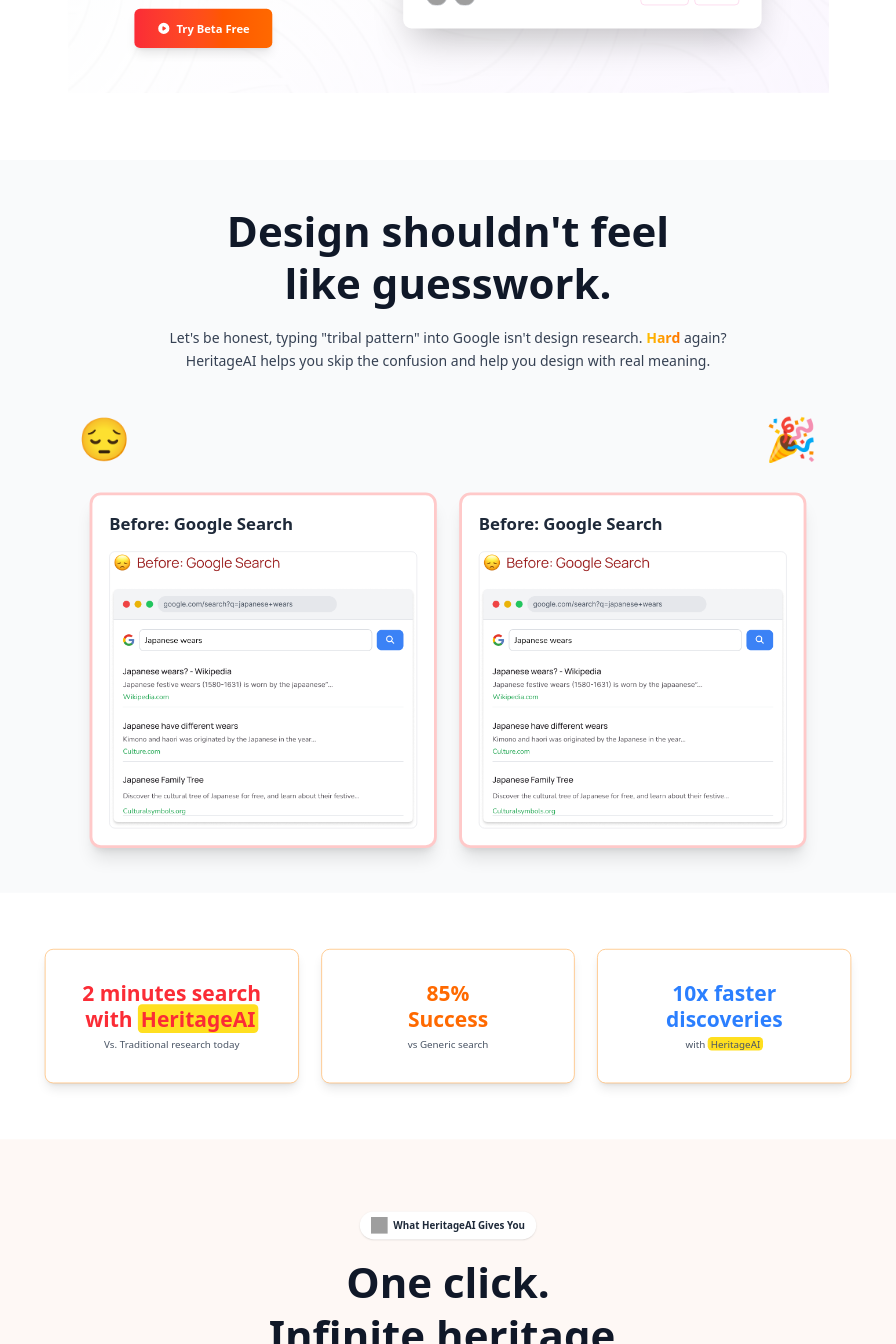
Repository: Em-driod/Heritage
Page: /
These files come from the project's save history. The page is drawn as it stood at one moment and after the next save; the edit follows.
The browser window is 1280 px wide. The pictures show the part of the page from y = 752 to 2672 px (the page is 5751 px tall), at 70% of full size.
Pictures or frames that could not be fetched are drawn as grey boxes. The project was rebuilt for these pictures with package versions that can differ from the ones it lists, and the page was loaded fresh each time. Also part of the build but not shown: vite.config.ts.

Above is the page before, as saved 2025-07-08 17:42:22.

### src/App.tsx
// src/App.tsx
import React from 'react';
import { BrowserRouter as Router, Route, Routes } from 'react-router-dom';
import Home from './pages/home';



const App: React.FC = () => {
  return (
    <Router>
      <div>


        <Routes>
          <Route path="/" element={<Home />} />


        </Routes>
      </div>
    </Router>
  );
};

export default App;

### src/pages/home.tsx
import Hero from "../components/Hero"
import Landsecont from "../components/landsecont"
import Landthird from "../components/landthird"
import Landfourth from "../components/landfourth"
import Landfifth from "../components/landfifth"

const Home = () => {
  return (
    <div>
      <Hero />
      <Landsecont />
      <Landthird />
     <Landfourth />
     <Landfifth />
    </div>
  )
}

export default Home

### src/components/Hero.tsx
import React, { useState, useEffect } from 'react';

// Define the type for an asset, which is good practice in TypeScript
interface Asset {
  src: string;
  label: string;
}

const Hero: React.FC = () => {
  const [selectedCulture, setSelectedCulture] = useState<string>('Yoruba'); // Default to Yoruba
  const [isLoading, setIsLoading] = useState<boolean>(false);
  const [generatedAssets, setGeneratedAssets] = useState<Asset[]>([]); // State to hold generated assets
  const [showAmalaSpecificLoading, setShowAmalaSpecificLoading] = useState<boolean>(false); // New state for Amala specific loading

  // Function to simulate fetching assets based on culture
  const fetchGeneratedAssets = (cultureParam: string) => {
    setIsLoading(true); // Set general loading to true when fetching starts

    // Reset Amala specific loading if we're not loading Yoruba or if it's already visible
    // This helps ensure the Amala specific loader doesn't flash if you quickly switch back and forth
    // or if it was still active from a previous load.
    setShowAmalaSpecificLoading(false);


    // Simulate an API call or data loading delay
    setTimeout(() => {
      let assetsData: Asset[] = [];
      if (cultureParam === 'Yoruba') {
        assetsData = [
          { src: "/obatala.png", label: "Obatala" },
          { src: "/amala.png", label: "Amala" },
          { src: "/osun.png", label: "Oshun" },
        ];
      } else if (cultureParam === 'Igbo') {
        assetsData = [
          { src: "/path-to-igbo-asset1.jpg", label: "Odinani" },
          { src: "/path-to-igbo-asset2.jpg", label: "Agbogho Mmuo" },
          { src: "/path-to-igbo-asset3.jpg", label: "Igbo Ukwu" },
        ];
      } else if (cultureParam === 'Japanese') {
        assetsData = [
          { src: "/path-to-japanese-asset1.jpg", label: "Geisha" },
          { src: "/path-to-japanese-asset2.jpg", label: "Samurai" },
          { src: "/path-to-japanese-asset3.jpg", label: "Sakura" },
        ];
      }
      setGeneratedAssets(assetsData);
      setIsLoading(false); // Set general loading to false when fetching completes

      // Trigger Amala specific loading ONLY if Yoruba was selected AND it's the first time
      // or a subsequent load where we want this specific effect.
      if (cultureParam === 'Yoruba') {
        setShowAmalaSpecificLoading(true);
        setTimeout(() => {
          setShowAmalaSpecificLoading(false); // Make it disappear after 2 seconds
        }, 2000); // 2 seconds
      }

    }, 1500); // Simulate 1.5 second general loading time
  };

  // Effect to fetch assets when the component mounts or selectedCulture changes
  useEffect(() => {
    fetchGeneratedAssets(selectedCulture);
  }, [selectedCulture]);

  const handleCultureSelect = (cultureName: string) => {
    setSelectedCulture(cultureName);
  };

  // Skeleton Loader for Generated Assets (general purpose)
  const SkeletonLoader: React.FC = () => (
    <div className="space-y-4">
      {[1, 2, 3].map((_, index) => (
        <div key={index} className="flex items-center justify-between animate-pulse">
          <div className="flex items-center space-x-3">
            <div className="w-12 h-12 rounded-lg bg-gray-200"></div>
            <div className="h-4 bg-gray-200 rounded w-24"></div>
          </div>
          <div className="flex space-x-2">
            <div className="h-8 bg-gray-200 rounded w-16"></div>
            <div className="h-8 bg-gray-200 rounded w-16"></div>
          </div>
        </div>
      ))}
    </div>
  );

  // Specific Amala Loading Component - now with an image!
const AmalaSpecificLoader: React.FC = () => (
  <div className="flex flex-col items-start justify-center bg-gray-50 p-4 rounded-lg border border-gray-200 text-sm text-gray-800 space-y-2">
    <p><span className="font-semibold text-red-500">Symbol:</span> Symbolic of earthiness, heritage, and resilience.</p>
    <p><span className="font-semibold text-red-500">Color:</span> Dark Brown/Charcoal</p>
    <p><span className="font-semibold text-red-500">Made From:</span> Elubo (yam flour), sometimes cassava flour or plantain flour.</p>
    <p><span className="font-semibold text-red-500">Regions Known For It:</span> Deeply rooted in Oyo, Osun, Ibadan. Especially beloved in Ibadan, where people.</p>
    <p><span className="font-semibold text-red-500">Enjoyed With:</span> Typically served with ewedu, gbegiri, and obe ata.</p>
    <p className="italic text-gray-600">Sometimes called the “Yoruba national combo.”</p>
  </div>
);



  return (
    <div className="p-4 sm:p-8 md:p-12 lg:p-24">
      <div
        className="relative flex justify-center items-center min-h-screen text-center px-4 sm:px-8 md:px-16 lg:px-24 py-16"
        style={{
          backgroundImage: "url('/hero.png')",
          backgroundSize: "cover",
          backgroundPosition: "center",
          backgroundRepeat: "no-repeat",
        }}
      >
        {/* Optional overlay to add a subtle tint over the background */}
        <div className="absolute inset-0 bg-gradient-to-br from-gray-50 via-white to-purple-50 opacity-80 z-0" />

        {/* Main content wrapper */}
        <div className="relative z-10 container mx-auto flex flex-col lg:flex-row items-center lg:items-start justify-center gap-8 lg:gap-12 max-w-7xl">
          {/* Left Section: Text and Button */}
          <div className="flex flex-col items-center lg:items-start text-center lg:text-left max-w-full lg:max-w-xl px-4 sm:px-0">
            <h1 className="text-5xl md:text-6xl lg:text-7xl font-bold leading-tight text-gray-900 mb-4">
              Ancient Stories.
              <br />Modern Design.
            </h1>
            <p className="text-5xl md:text-6xl lg:text-7xl font-serif italic text-gray-900 mb-8">
              Instantly.
            </p>
            <p className="text-base sm:text-lg text-gray-700 mb-10 max-w-md">
              Bring ancient patterns, bold colors, and deep meaning into every pixel automatically.
            </p>
            <button className="flex items-center px-6 py-3 sm:px-8 sm:py-4 bg-gradient-to-r from-red-500 to-orange-500 text-white font-semibold rounded-lg shadow-lg hover:shadow-xl transition duration-300 transform hover:scale-105">
              <svg className="w-5 h-5 mr-2" fill="currentColor" viewBox="0 0 20 20">
                <path fillRule="evenodd" d="M10 18a8 8 0 100-16 8 8 0 000 16zM9.555 7.168A1 1 0 008 8v4a1 1 0 001.555.832l3-2a1 1 0 000-1.664l-3-2z" clipRule="evenodd" />
              </svg>
              Try Beta Free
            </button>
          </div>

          {/* Right Section: White Card with UI Elements */}
          <div className="bg-white rounded-xl shadow-2xl p-6 sm:p-8 w-full max-w-md lg:max-w-lg mt-8 lg:mt-0">
            <h2 className="text-lg sm:text-xl font-semibold text-gray-800 mb-6">Select Culture</h2>
            <div className="grid grid-cols-2 sm:grid-cols-3 gap-3 mb-8">
              {/* Yoruba Culture Button with Image */}
              <button
                className={`relative flex items-center justify-center p-3 rounded-md text-sm font-medium text-white h-20 overflow-hidden ${selectedCulture === 'Yoruba' ? 'ring-2 ring-purple-500 ring-offset-2' : ''}`}
                onClick={() => handleCultureSelect('Yoruba')}
              >
                <img src="/yoruba.png" alt="Yoruba Culture" className="absolute inset-0 w-full h-full object-cover" />
                <div className="absolute inset-0  bg-opacity-40 flex items-center justify-center">
                  {/* Yoruba */}
                </div>
              </button>

              {/* Igbo Culture Button with Image */}
              <button
                className={`relative flex items-center justify-center p-3 rounded-md text-sm font-medium text-white h-20 overflow-hidden ${selectedCulture === 'Igbo' ? 'ring-2 ring-purple-500 ring-offset-2' : ''}`}
                onClick={() => handleCultureSelect('Igbo')}
              >
                <img src="/igbo.png" alt="Igbo Culture" className="absolute inset-0 w-full h-full object-cover" />
                <div className="absolute inset-0 bg-opacity-40 flex items-center justify-center">
                  {/* Igbo */}
                </div>
              </button>

              {/* Japanese Culture Button with Image */}
              <button
                className={`relative flex items-center justify-center p-3 rounded-md text-sm font-medium text-white h-20 overflow-hidden ${selectedCulture === 'Japanese' ? 'ring-2 ring-purple-500 ring-offset-2' : ''}`}
                onClick={() => handleCultureSelect('Japanese')}
              >
                <img src="/japan.png" alt="Japanese Culture" className="absolute inset-0 w-full h-full object-cover" />
                <div className="absolute inset-0 bg-opacity-40 flex items-center justify-center">
                  {/* Japanese */}
                </div>
              </button>
            </div>

            <div className="flex flex-col items-center mb-6">
              <svg className="w-6 h-6 text-purple-600 mb-2" fill="none" stroke="currentColor" viewBox="0 0 24 24">
                <path strokeLinecap="round" strokeLinejoin="round" strokeWidth="2" d="M19 14l-7 7m0 0l-7-7m7 7V3" />
              </svg>
              <span className="bg-yellow-200 text-yellow-800 text-xs font-semibold px-2.5 py-0.5 rounded-full">Her</span>
            </div>

            <h2 className="text-lg sm:text-xl font-semibold text-gray-800 mb-4">Generated Assets</h2>
            {/* The general skeleton loader still appears first */}
            {isLoading ? (
                 <SkeletonLoader />
            ) : (
              <div className="space-y-4 mb-8">
                {generatedAssets.map((asset) => ( // Changed from { src, label } to asset for clarity
                  <React.Fragment key={asset.label}> {/* Using asset.label for key */}
                    <div className="flex items-center justify-between">
                      <div className="flex items-center space-x-3">
                        <img src={asset.src} alt={asset.label} className="w-12 h-12 rounded-lg object-cover" />
                        <span className="text-gray-800 font-medium">{asset.label}</span>
                      </div>
                      <div className="flex flex-col sm:flex-row space-y-2 sm:space-y-0 sm:space-x-2 text-sm">
                        <button className="px-3 py-1 border border-pink-200 text-pink-600 rounded-md hover:bg-pink-50">Export</button>
                        <button className="px-3 py-1 border border-pink-200 text-pink-600 rounded-md hover:bg-pink-50">Share</button>
                      </div>
                    </div>
                    {/* Insert Amala specific loading image here */}
                    {asset.label === 'Amala' && selectedCulture === 'Yoruba' && showAmalaSpecificLoading && (
                      <AmalaSpecificLoader />
                    )}
                  </React.Fragment>
                ))}
              </div>
            )}

            <h2 className="text-lg sm:text-xl font-semibold text-gray-800 mb-4">Color Palette</h2>
            <div className="flex flex-col sm:flex-row items-center justify-between space-y-4 sm:space-y-0">
              <div className="flex space-x-2">
                <button
                  className="w-8 h-8 rounded-full border border-gray-300 bg-cover bg-center"
                  style={{ backgroundImage: "url('/path-to-yellow-palette-image.png')" }}
                  aria-label="Yellow Color Palette"
                ></button>
                <button
                  className="w-8 h-8 rounded-full border border-gray-300 bg-cover bg-center"
                  style={{ backgroundImage: "url('/path-to-dark-palette-image.png')" }}
                  aria-label="Dark Gray Color Palette"
                ></button>
              </div>
              <div className="flex space-x-2 text-sm">
                <button className="px-3 py-1 border border-pink-200 text-pink-600 rounded-md hover:bg-pink-50">Export</button>
                <button className="px-3 py-1 border border-pink-200 text-pink-600 rounded-md hover:bg-pink-50">Share</button>
              </div>
            </div>
          </div>
        </div>
      </div>
    </div>
  );
};

export default Hero;

### src/components/landsecont.tsx
const Landsecont = () => {
  return (
    <div className="flex flex-col items-center justify-center min-h-screen bg-gray-50 py-16 px-4 sm:px-6 lg:px-8">
      {/* Top Section: Main Heading and Subheading */}
      <div className="text-center mb-16 max-w-4xl mx-auto">
        <h1 className="text-4xl sm:text-5xl lg:text-6xl font-bold text-gray-900 leading-tight">
          Design shouldn't feel
          <br />
          like guesswork.
        </h1>
        <p className="mt-6 text-lg sm:text-xl text-gray-700 leading-relaxed">
          Let's be honest, typing "tribal pattern" into Google
          isn't design research.
          <span className="font-bold bg-gradient-to-r from-yellow-400 to-orange-500 text-transparent bg-clip-text"> Hard </span>
          again? HeritageAI helps you skip the
          confusion and help you design with real meaning.
        </p>
      </div>

      {/* Middle Section: Emojis */}
      <div className="flex justify-between w-full max-w-5xl px-8 mb-12">
        <span role="img" aria-label="sad face" className="text-6xl -translate-x-12">
          😔
        </span>
        <span role="img" aria-label="party popper" className="text-6xl translate-x-12">
          🎉
        </span>
      </div>

      {/* Bottom Section: Before & After Cards */}
      <div className="flex flex-col lg:flex-row justify-center items-stretch gap-8 w-full max-w-5xl">
        {/* Left Column: Before Google Search */}
        <div className="bg-white rounded-2xl shadow-xl flex-1 border-4 border-red-200 p-6 flex flex-col">
          <h2 className="text-2xl font-bold text-gray-800 mb-6 text-left">
            Before: Google Search
          </h2>
          <img
            src="/before.png"
            alt="Google Search Screenshot"
            className="rounded-lg border border-gray-200 w-full object-cover"
          />
        </div>

        {/* Right Column: After HeritageAI */}
            <div className="bg-white rounded-2xl shadow-xl flex-1 border-4 border-red-200 p-6 flex flex-col">
          <h2 className="text-2xl font-bold text-gray-800 mb-6 text-left">
            Before: Google Search
          </h2>
          <img
            src="/before.png"
            alt="Google Search Screenshot"
            className="rounded-lg border border-gray-200 w-full object-cover"
          />
        </div>
      </div>
    </div>
  );
};

export default Landsecont;

### src/components/landthird.tsx


const Landthird = () => {
  return (
    <div className="flex justify-center items-center py-20 px-4 sm:px-6 lg:px-8 bg-white">
      <div className="flex flex-col lg:flex-row items-center justify-center gap-8 w-full max-w-6xl">

        {/* Card 1: 2 minutes search */}
        <div className="flex-1 bg-white border border-orange-300 rounded-xl shadow-lg p-6 text-center h-48 flex flex-col justify-center transition-transform duration-300 hover:scale-105">
          <p className="text-3xl font-bold text-red-500 mb-2">
            2 minutes search
            <br />
            with <span className="bg-yellow-300 px-1 rounded-md">HeritageAI</span>
          </p>
          <p className="text-sm text-gray-600">
            Vs. Traditional research today
          </p>
        </div>

        {/* Card 2: 85% Success */}
        <div className="flex-1 bg-white border border-orange-300 rounded-xl shadow-lg p-6 text-center h-48 flex flex-col justify-center transition-transform duration-300 hover:scale-105">
          <p className="text-3xl font-bold text-orange-500 mb-2">
            85%
            <br />
            Success
          </p>
          <p className="text-sm text-gray-600">
            vs Generic search
          </p>
        </div>

        {/* Card 3: 10x faster discoveries */}
        <div className="flex-1 bg-white border border-orange-300 rounded-xl shadow-lg p-6 text-center h-48 flex flex-col justify-center transition-transform duration-300 hover:scale-105">
          <p className="text-3xl font-bold text-blue-500 mb-2">
            10x faster
            <br />
            discoveries
          </p>
          <p className="text-sm text-gray-600">
            with <span className="bg-yellow-300 px-1 rounded-md">HeritageAI</span>
          </p>
        </div>

      </div>
    </div>
  );
};

export default Landthird;

### src/components/landfourth.tsx


const Landfourth = () => {
  return (
    <div className="bg-[#fef8f5] min-h-screen flex flex-col items-center justify-center py-20 px-4 sm:px-6 lg:px-8">
      {/* Top Section: What HeritageAI Gives You */}
      <div className="text-center mb-16">
        <div className="inline-flex items-center bg-white rounded-full py-2 px-4 shadow-sm mb-6">
          <img
            src="/path-to-heritageai-icon.png" // Placeholder, replace with your actual icon path
            alt="HeritageAI Icon"
            className="w-6 h-6 mr-2"
          />
          <span className="text-sm font-semibold text-gray-800">What HeritageAI Gives You</span>
        </div>
        <h1 className="text-5xl sm:text-6xl font-bold text-gray-900 leading-tight">
          One click.
          <br />
          Infinite heritage.
        </h1>
      </div>

      {/* Cards Section */}
      <div className="grid grid-cols-1 md:grid-cols-2 lg:grid-cols-4 gap-8 max-w-6xl w-full">

        {/* Card 1: Design kits */}
        <div className="bg-white rounded-2xl shadow-lg p-6 flex flex-col items-start text-left">
          <img
            src="/path-to-design-kits-icon.png" // Placeholder, replace with your actual icon path
            alt="Design kits icon"
            className="w-12 h-12 mb-4"
          />
          <h3 className="text-xl font-semibold text-gray-900 mb-2">Design kits</h3>
          <p className="text-gray-600 text-sm mb-4">
            Ready to use palettes, icons
            <br />
            textures
          </p>
          <div className="flex space-x-2 mt-auto">
            <div className="w-8 h-8 rounded-full bg-pink-500 border-2 border-white shadow"></div>
            <div className="w-8 h-8 rounded-full bg-cyan-500 border-2 border-white shadow"></div>
            <div className="w-8 h-8 rounded-full bg-purple-500 border-2 border-white shadow"></div>
          </div>
        </div>

        {/* Card 2: Cultural Context */}
        <div className="bg-white rounded-2xl shadow-lg p-6 flex flex-col items-start text-left">
          <img
            src="/path-to-cultural-context-icon.png" // Placeholder, replace with your actual icon path
            alt="Cultural Context icon"
            className="w-12 h-12 mb-4"
          />
          <h3 className="text-xl font-semibold text-gray-900 mb-2">Cultural Context</h3>
          <p className="text-gray-600 text-sm mb-4">
            Every visual comes with a short
            <br />
            short or symbol meaning
          </p>
          <div className="flex items-center text-gray-700 font-medium mt-auto">
            <svg className="w-5 h-5 mr-2 text-gray-500" fill="currentColor" viewBox="0 0 20 20" xmlns="http://www.w3.org/2000/svg">
              <path fillRule="evenodd" d="M4 4a2 2 0 012-2h4.586A2 2 0 0112 2.414L14.586 5A2 2 0 0115 6.414V16a2 2 0 01-2 2H6a2 2 0 01-2-2V4zm2 6a1 1 0 011-1h6a1 1 0 110 2H7a1 1 0 01-1-1zm1 3a1 1 0 100 2h6a1 1 0 100-2H7z" clipRule="evenodd"></path>
            </svg>
            Rich storytelling
          </div>
        </div>

        {/* Card 3: Export Ready */}
        <div className="bg-white rounded-2xl shadow-lg p-6 flex flex-col items-start text-left">
          <img
            src="/path-to-export-ready-icon.png" // Placeholder, replace with your actual icon path
            alt="Export Ready icon"
            className="w-12 h-12 mb-4"
          />
          <h3 className="text-xl font-semibold text-gray-900 mb-2">Export Ready</h3>
          <p className="text-gray-600 text-sm mb-4">
            Use in Figma, Canva, Webflow,
            <br />
            or even download
          </p>
          <div className="flex space-x-2 mt-auto">
            <img src="/path-to-figma-icon.png" alt="Figma icon" className="w-8 h-8" /> {/* Placeholder */}
            <img src="/path-to-canva-icon.png" alt="Canva icon" className="w-8 h-8" /> {/* Placeholder */}
            <img src="/path-to-webflow-icon.png" alt="Webflow icon" className="w-8 h-8" /> {/* Placeholder */}
          </div>
        </div>

        {/* Card 4: More Than Visuals */}
        <div className="bg-white rounded-2xl shadow-lg p-6 flex flex-col items-start text-left">
          <img
            src="/path-to-more-than-visuals-icon.png" // Placeholder, replace with your actual icon path
            alt="More Than Visuals icon"
            className="w-12 h-12 mb-4"
          />
          <h3 className="text-xl font-semibold text-gray-900 mb-2">More Than Visuals</h3>
          <p className="text-gray-600 text-sm mb-4">
            Build brand identity rooted in
            <br />
            something real.
          </p>
          <div className="flex items-center text-gray-700 font-medium mt-auto">
            <svg className="w-5 h-5 mr-2 text-gray-500" fill="currentColor" viewBox="0 0 20 20" xmlns="http://www.w3.org/2000/svg">
              <path fillRule="evenodd" d="M10 18a8 8 0 100-16 8 8 0 000 16zm3.707-9.293a1 1 0 00-1.414-1.414L9 10.586 7.707 9.293a1 1 0 00-1.414 1.414l2 2a1 1 0 001.414 0l4-4z" clipRule="evenodd"></path>
            </svg>
            Authentic foundations
          </div>
        </div>

      </div>
    </div>
  );
};

export default Landfourth;

Loaded but not shown: index.html (common file); src/main.tsx (common file); src/index.css (common file); src/components/landfifth.tsx (203 lines, source omitted)

After the next save:
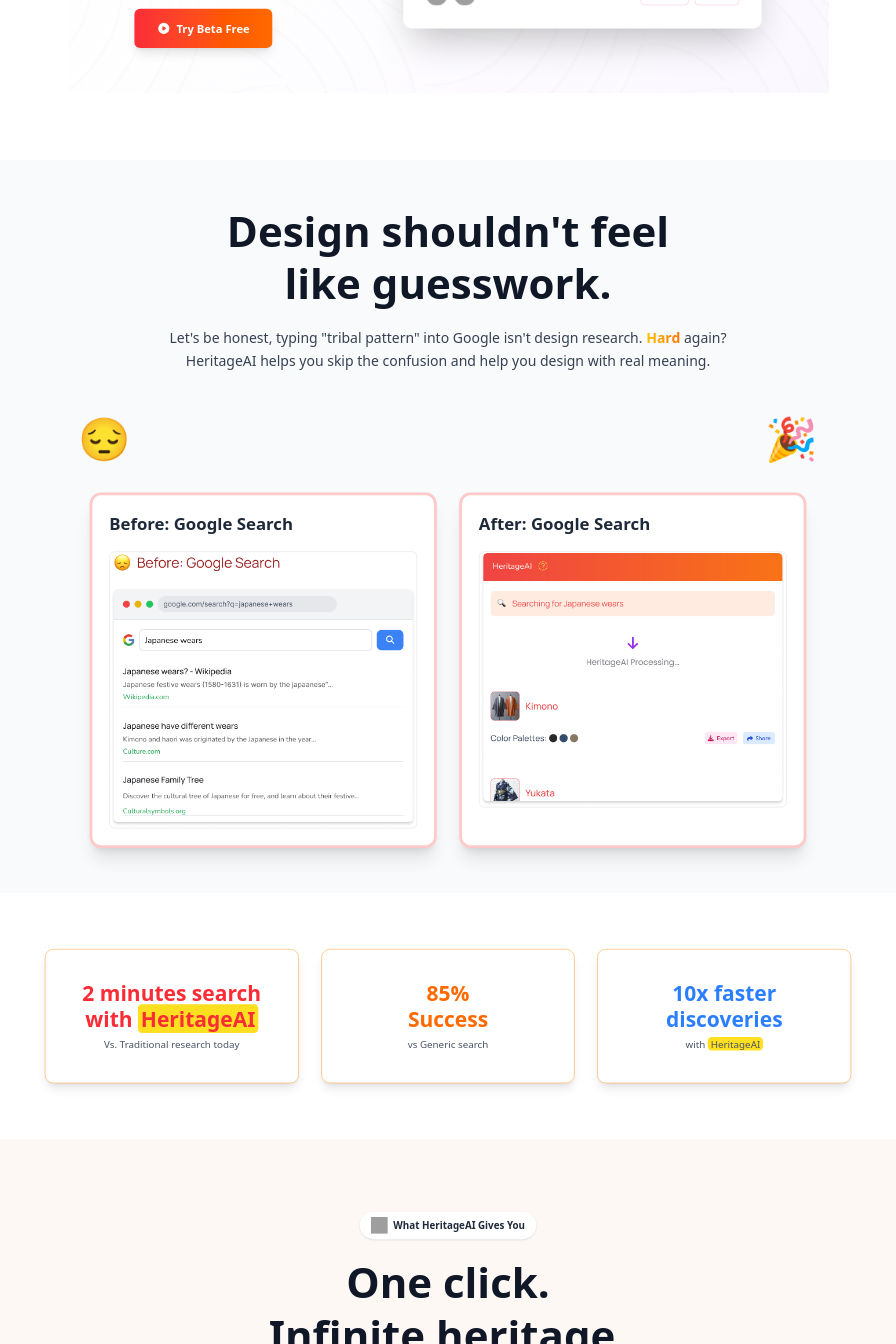
Saved 101 s later.
--- a/src/components/landsecont.tsx
+++ b/src/components/landsecont.tsx
@@ -44,10 +44,10 @@
         {/* Right Column: After HeritageAI */}
             <div className="bg-white rounded-2xl shadow-xl flex-1 border-4 border-red-200 p-6 flex flex-col">
           <h2 className="text-2xl font-bold text-gray-800 mb-6 text-left">
-            Before: Google Search
+            After: Google Search
           </h2>
           <img
-            src="/before.png"
+            src="/after.png"
             alt="Google Search Screenshot"
             className="rounded-lg border border-gray-200 w-full object-cover"
           />
